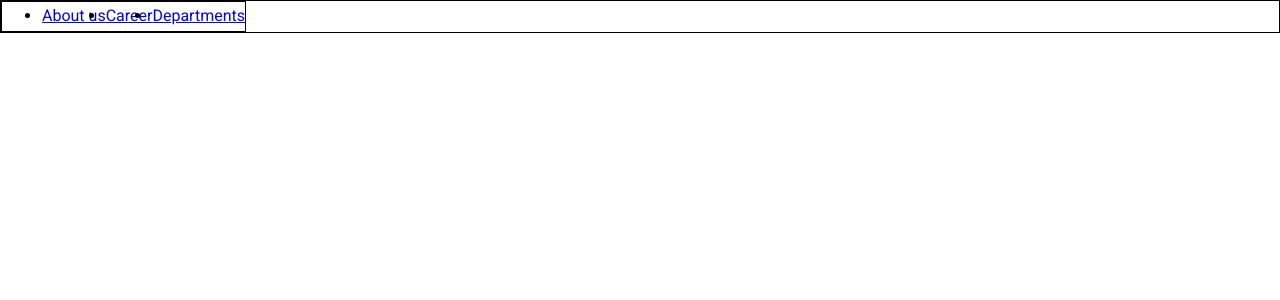
Repository: Hassanine-jaouadi/docplanner
Page: doc-panner.html
These files come from the project's save history. The page is drawn as it stood at one moment and after the next save; the edit follows.
The browser window is 1280 px wide. The pictures show the whole page.
Some web libraries are served in a nearby version.

Above is the page before, as saved 2020-01-16 22:03:05.

After the next save:
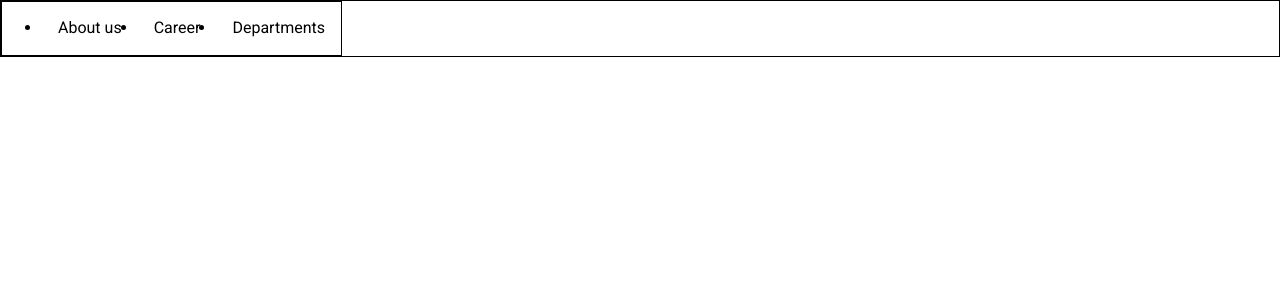
Saved 15 s later.
--- a/style.css
+++ b/style.css
@@ -29,7 +29,7 @@
 }
 
 
-.flex-item a {
+.flex-container a {
     color: black;
     padding: 12px 16px;
     text-decoration: none;

After the save that followed:
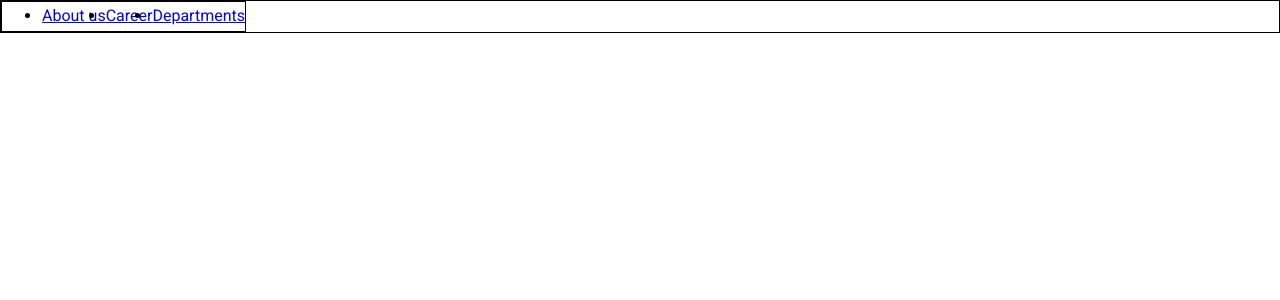
Saved 27 s later.
--- a/style.css
+++ b/style.css
@@ -29,7 +29,7 @@
 }
 
 
-.flex-container a {
+.flex-container .flex-item a {
     color: black;
     padding: 12px 16px;
     text-decoration: none;
